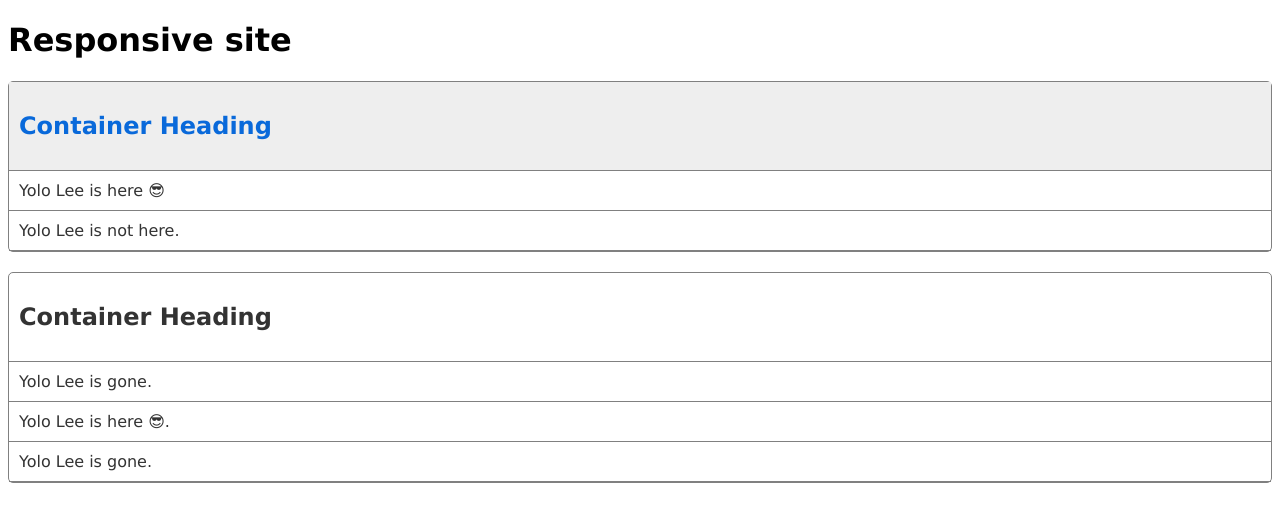
Repository: HyunJunggggg/MDIA2109
Page: inclass/week6/index.html
An editor plug-in stored every save of this project. The page is shown before and after a run of saves, followed by the edit.
The browser window is 1280 px wide. The pictures show the whole page.

Above is the page before, as saved 2025-02-13 14:52:14.

### inclass/week6/index.html
<!DOCTYPE html>
<html lang="en">
<head>
  <meta charset="UTF-8">
  <meta name="viewport" content="width=device-width, initial-scale=1.0">
  <link rel="stylesheet" href="css/style.css">
  <title>Code with me and responsive site 😉</title>
</head>

<body>
  <h1>Responsive site</h1>

  <section class="container">
    <header class="container__header">
      <h1 class="container__title">Container Heading</h1>
    </header>
    <div class="container__content container__content--no-bleed">
      Yolo Lee is here 😎
    </div>
    <div class="container__content container__content--no-bleed">
      Yolo Lee is not here.
    </div>
  </section>

  <section class="container">
    <div class="container__content">
      <h1 class="container__title">Container Heading</h1>
    </div>
    <div class="container__content">
      Yolo Lee is gone.
    </div>
    <div class="container__content">
      Yolo Lee is here 😎.
    </div>
    <div class="container__content">
      Yolo Lee is gone.
    </div>
  </section>
</body>
</html>

### inclass/week6/css/style.css
html{
  font-family: Verdana, Geneva, Tahoma, sans-serif;
}

.container{
  border: 1px solid grey;
  border-radius: 5px;
  color: #333;
  margin-bottom: 20px;

  &:last-child {
      /* .container + .container
    if container directly next to container
    it will apply. sibling selector
   it can use for .container:last-child */
    margin-top: 20px;
  }
}

.container__header{
  color: #0969da;
  background-color: #eee;
  border-bottom: 1px solid grey;
  padding: 10px;
}

.container__content{
  padding: 10px;
  border-bottom: 1px solid gray;

  &

  &:last-child {
  margin-top: 20px;
}
}

After the next 9 saves:
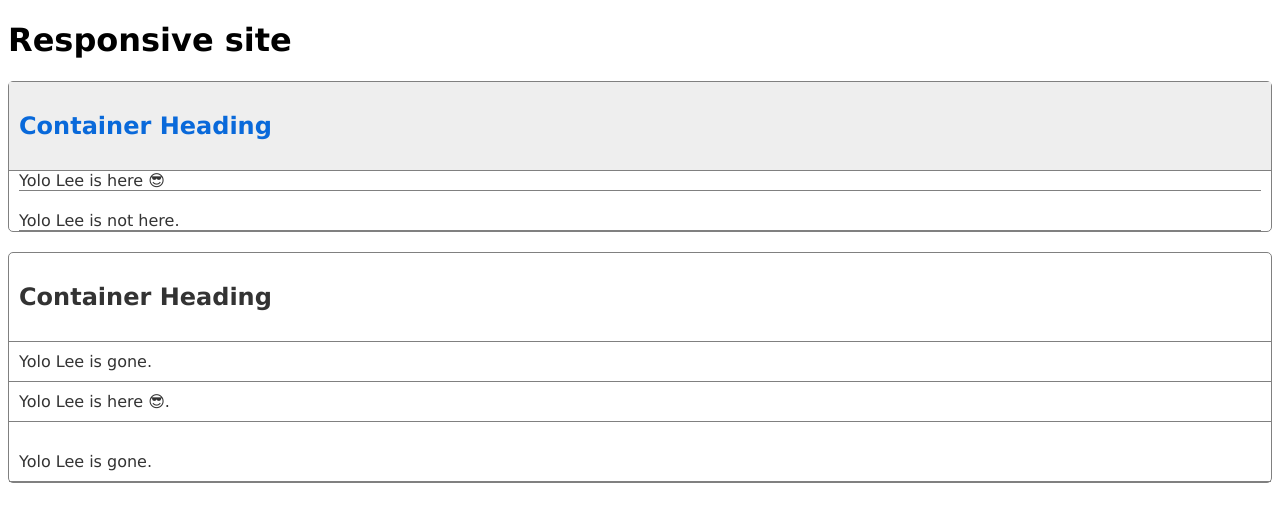
The 9 saves are shown as one change because they came seconds apart.
The last was saved 26 s later.
--- a/inclass/week6/css/style.css
+++ b/inclass/week6/css/style.css
@@ -28,7 +28,10 @@ html{
   padding: 10px;
   border-bottom: 1px solid gray;
 
-  &
+  &.container__content--no-bleed{
+    padding: 0;
+    margin:  0 10px;
+  }
 
   &:last-child {
   margin-top: 20px;
